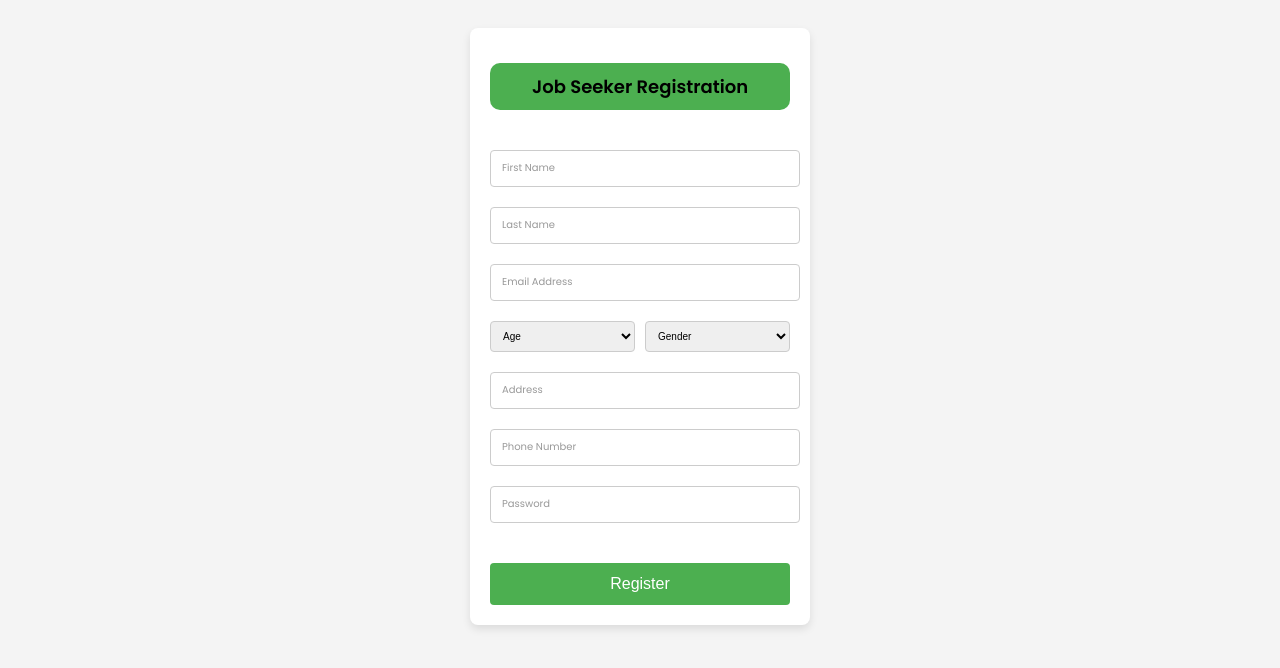
Repository: parthsabhani/Job_Portal_JSP_Servlet
Page: http://localhost/Job_Portal/jobSeekerRegistration.jsp
These files come from the project's save history. The page is drawn as it stood at one moment and after the next save; the edit follows.
The browser window is 1280 px wide. The pictures show the whole page.
The page is served by Tomcat 10. Other server files are loaded and not shown.

Above is the page before, as saved 2025-04-22 10:00:49.

### Job_Portal/src/main/webapp/jobSeekerRegistration.jsp
<%@ page language="java" contentType="text/html; charset=UTF-8"
	pageEncoding="UTF-8"%>
<!DOCTYPE html>
<html lang="en">
<head>
<meta charset="UTF-8">
<meta name="viewport" content="width=device-width, initial-scale=1.0">
<title>Job Seeker Registration</title>

<!-- Import Poppins font -->
<link
	href="https://fonts.googleapis.com/css2?family=Poppins:wght@400;600&display=swap"
	rel="stylesheet">

<!-- Internal CSS -->
<style>
body {
	font-family: 'Poppins', sans-serif;
	background-color: #f4f4f4;
	display: flex;
	justify-content: center;
	align-items: center;
	height: 100%;
}

.registration-container {
	background-color: white;
	padding: 20px;
	margin: 20px;
	border-radius: 8px;
	box-shadow: 0 4px 8px rgba(0, 0, 0, 0.1);
	width: 100%;
	font-size: 12px;
	max-width: 300px;
}

h2 {
	text-align: center;
	background-color: #4CAF50;
	padding: 10px;
	border-radius: 10px;
	margin-bottom: 40px;
}

h2:hover{
	color: white;
}

form {
	display: flex;
	flex-direction: column;
}

.input-container {
	position: relative;
	margin-bottom: 20px;
}

input {
	padding: 12px 4px;
	margin: 0;
	border: 1px solid #ccc;
	border-radius: 4px;
	font-size: 10px;
	width: 100%;
	background-color: #fff; /* Keep the input background white */
	z-index: 1; /* Ensure the input stays behind the label */
}

input:focus {
	border-color: #4d90fe;
	outline: none;
}

/* Floating label */
input:focus+label, input:not(:placeholder-shown)+label {
	font-size: 10px;
	color: #4d90fe;
	top: -9px; /* Adjusted to align with the upper edge of the text */
}

label {
	position: absolute;
	top: 10px; /* Slightly adjusted to align with the text */
	left: 8px;
	font-size: 10px;
	transition: all 0.2s ease;
	color: #999;
	pointer-events: none;
	z-index: 2; /* Ensure the label stays above the input */
	background-color: #fff; /* To avoid background showing through */
	padding: 0 4px;
	/* Add some padding to avoid label overlapping input edges */
}

.submit-btn {
	background-color: #4CAF50;
	color: white;
	padding: 12px;
	border: none;
	border-radius: 4px;
	font-size: 16px;
	cursor: pointer;
}

.submit-btn:hover {
	background-color: #45a049;
	color: black;
}

.error {
	color: red;
	font-size: 14px;
	margin-top: 10px;
	text-align: center;
	margin-bottom: 10px;
}
</style>
</head>
<body>

	<div class="registration-container">
		<h2>Job Seeker Registration</h2>
		<form action="UserController" method="post" id="registrationForm">

			<!-- Full Name Field -->
			<div class="input-container">
				<input type="text" id="firstName" name="firstName" placeholder=" "
					required> <label for="firstName">First Name</label>
			</div>

			<!-- Last Name Field -->
			<div class="input-container">
				<input type="text" id="lastName" name="lastName" placeholder=" "
					required> <label for="lastName">Last Name</label>
			</div>

			<!-- Email Field -->
			<div class="input-container">
				<input type="email" id="email" name="email" placeholder=" " required>
				<label for="email">Email Address</label>
			</div>

			<!-- Age & Gender Fields -->
			<div
				style="display: flex; justify-content: space-between; gap: 10px; margin-bottom: 20px;">
				<!-- Age Dropdown -->
				<div style="flex: 1;">
					<select name="age" id="age" required
						style="width: 100%; padding: 8px; border-radius: 4px; border: 1px solid #ccc; font-size: 10px;">
						<option value="" disabled selected hidden>Age</option>
						<%
						for (int i = 18; i <= 50; i++) {
						%>
						<option value="<%=i%>"><%=i%></option>
						<%
						}
						%>
					</select>
				</div>

				<!-- Gender Dropdown -->
				<div style="flex: 1;">
					<select name="gender" id="gender" required
						style="width: 100%; padding: 8px; border-radius: 4px; border: 1px solid #ccc; font-size: 10px;">
						<option value="" disabled selected hidden>Gender</option>
						<option value="Male">Male</option>
						<option value="Female">Female</option>
						<option value="Other">Other</option>
					</select>
				</div>
			</div>

			<!-- Address Field -->
			<div class="input-container">
				<input type="text" id="address" name="address" placeholder=" ">
				<label for="address">Address</label>
			</div>

			<!-- Phone Number Field -->
			<div class="input-container">
				<input type="tel" id="phone" name="phone" placeholder=" " required>
				<label for="phone">Phone Number</label>
			</div>

			<!-- Password Field -->
			<div class="input-container">
				<input type="password" id="password" name="password" placeholder=" "
					required> <label for="password">Password</label>
			</div>

			<div id="errorMessages" class="error">
				${ error }
			</div>

			<button type="submit" class="submit-btn" name="name" value="register">Register</button>

		</form>
	</div>

</body>
</html>

After the next save:
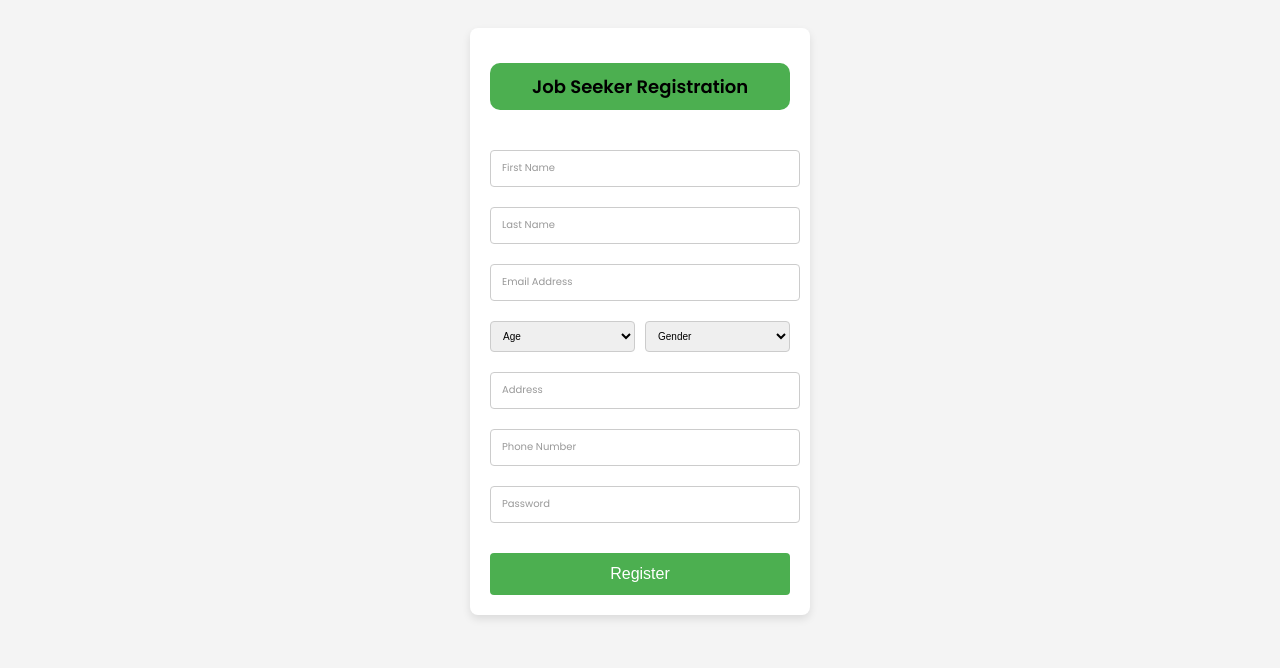
Saved 12 s later.
--- a/Job_Portal/src/main/webapp/jobSeekerRegistration.jsp
+++ b/Job_Portal/src/main/webapp/jobSeekerRegistration.jsp
@@ -111,7 +111,6 @@ label {
 .error {
 	color: red;
 	font-size: 14px;
-	margin-top: 10px;
 	text-align: center;
 	margin-bottom: 10px;
 }
